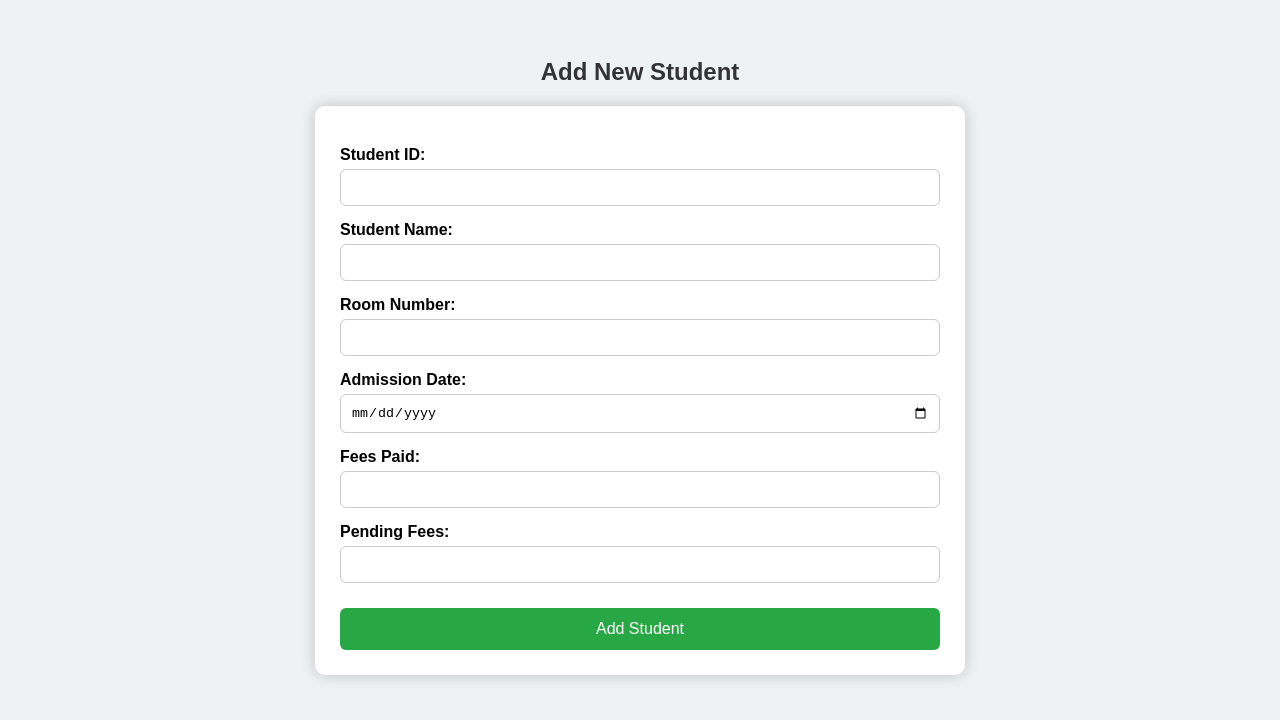
Repository: Adhyashetty-bit/Hostel-Management-System
Page: http://localhost/HostelWebApp/studentadd.jsp
An editor plug-in stored every save of this project. The page is shown before and after the next save, followed by the edit.
The browser window is 1280 px wide. The pictures show the whole page.
The page is served by Tomcat 9.

Above is the page before, as saved 2025-05-27 06:39:12.

After the next save:
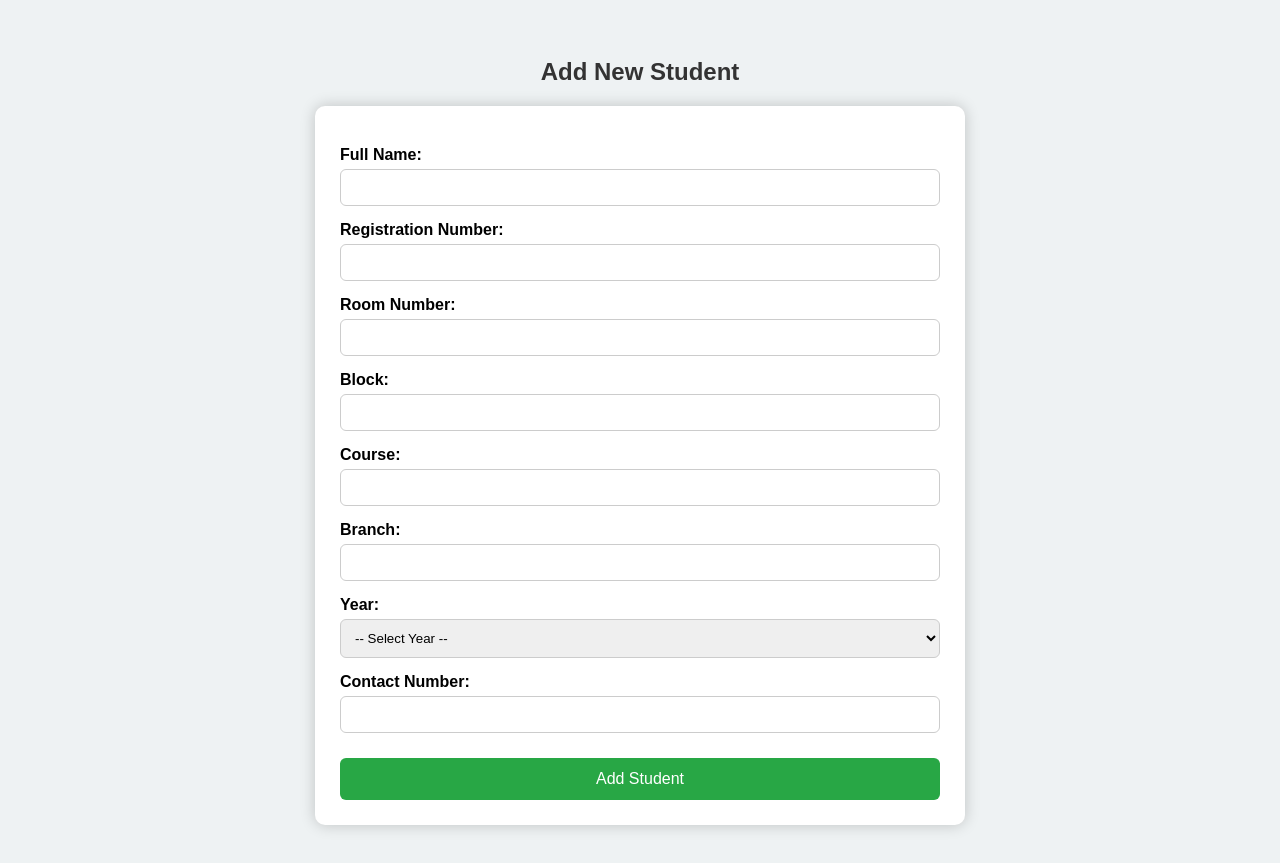
Saved 118 s later.
--- a/HostelWebApp/src/main/webapp/studentadd.jsp
+++ b/HostelWebApp/src/main/webapp/studentadd.jsp
@@ -1,5 +1,6 @@
 <%@ page language="java" contentType="text/html; charset=UTF-8"
     pageEncoding="UTF-8"%>
+<%@ page import="java.util.*" %>
 <!DOCTYPE html>
 <html>
 <head>
@@ -28,7 +29,7 @@
             margin-top: 15px;
             font-weight: bold;
         }
-        input[type="text"], input[type="number"], input[type="date"] {
+        input[type="text"], input[type="number"], select {
             width: 100%;
             padding: 10px;
             margin-top: 5px;
@@ -50,46 +51,41 @@
         input[type="submit"]:hover {
             background-color: #218838;
         }
-        .message {
-            text-align: center;
-            margin-top: 15px;
-            font-weight: bold;
-            color: green;
-        }
-        .error {
-            text-align: center;
-            margin-top: 15px;
-            font-weight: bold;
-            color: red;
-        }
     </style>
 </head>
 <body>
     <h2>Add New Student</h2>
     <div class="form-container">
-        <!-- Show success or error messages -->
-        <c:if test="${not empty message}">
-            <div class="${message.startsWith('Error') ? 'error' : 'message'}">${message}</div>
-        </c:if>
+        <form action="StudentAddServlet" method="post">
+            <label for="name">Full Name:</label>
+            <input type="text" id="name" name="name" required>
 
-        <form action="StudentAddServlet" method="post">
-            <label for="studentID">Student ID:</label>
-            <input type="number" id="studentID" name="studentID" required>
+            <label for="regno">Registration Number:</label>
+            <input type="text" id="regno" name="regno" required>
 
-            <label for="studentName">Student Name:</label>
-            <input type="text" id="studentName" name="studentName" required>
+            <label for="roomno">Room Number:</label>
+            <input type="text" id="roomno" name="roomno" required>
 
-            <label for="roomNumber">Room Number:</label>
-            <input type="text" id="roomNumber" name="roomNumber" required>
+            <label for="block">Block:</label>
+            <input type="text" id="block" name="block" required>
 
-            <label for="admissionDate">Admission Date:</label>
-            <input type="date" id="admissionDate" name="admissionDate" required>
+            <label for="course">Course:</label>
+            <input type="text" id="course" name="course" required>
 
-            <label for="feesPaid">Fees Paid:</label>
-            <input type="number" step="0.01" id="feesPaid" name="feesPaid" required>
+            <label for="branch">Branch:</label>
+            <input type="text" id="branch" name="branch" required>
 
-            <label for="pendingFees">Pending Fees:</label>
-            <input type="number" step="0.01" id="pendingFees" name="pendingFees" required>
+            <label for="year">Year:</label>
+            <select id="year" name="year" required>
+                <option value="">-- Select Year --</option>
+                <option value="1st Year">1st Year</option>
+                <option value="2nd Year">2nd Year</option>
+                <option value="3rd Year">3rd Year</option>
+                <option value="4th Year">4th Year</option>
+            </select>
+
+            <label for="contact">Contact Number:</label>
+            <input type="text" id="contact" name="contact" required>
 
             <input type="submit" value="Add Student">
         </form>
